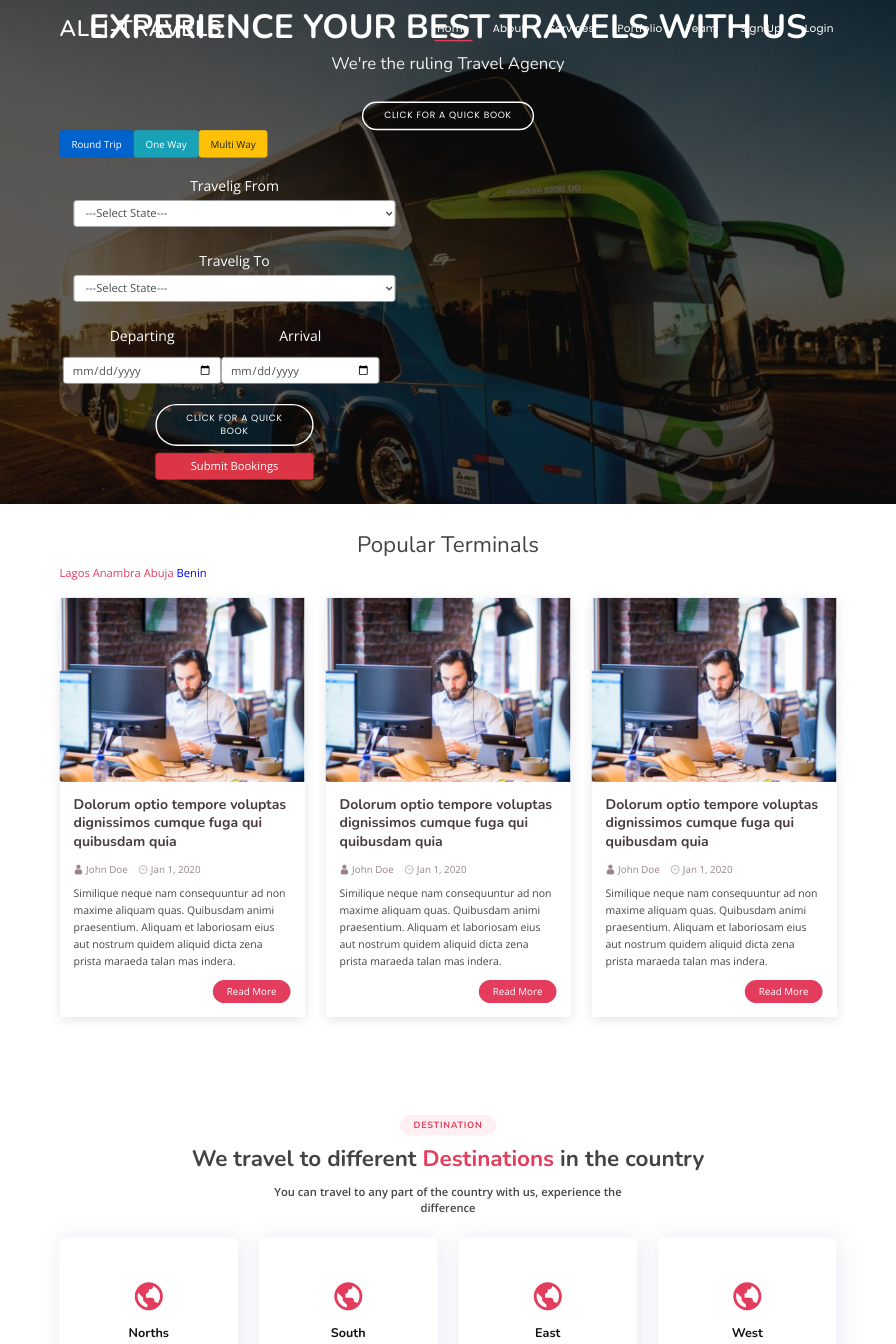
Repository: yazshrilld/Transport_Booking_system
Page: http://localhost/Transport_Project/admin/index.php
These files come from the project's save history. The page is drawn as it stood at one moment and after the next save; the edit follows.
The browser window is 1280 px wide. The pictures show the part of the page from y = 0 to 1920 px (the page is 7328 px tall), at 70% of full size.
Backgrounds fixed to the window are drawn as part of the page. The page is run by PHP 8.4 with error messages shown; the project is at /var/www/html/. The database holds what the project's SQL file puts in it.

Above is the page before, as saved 2021-01-24 02:49:41.

After the next save:
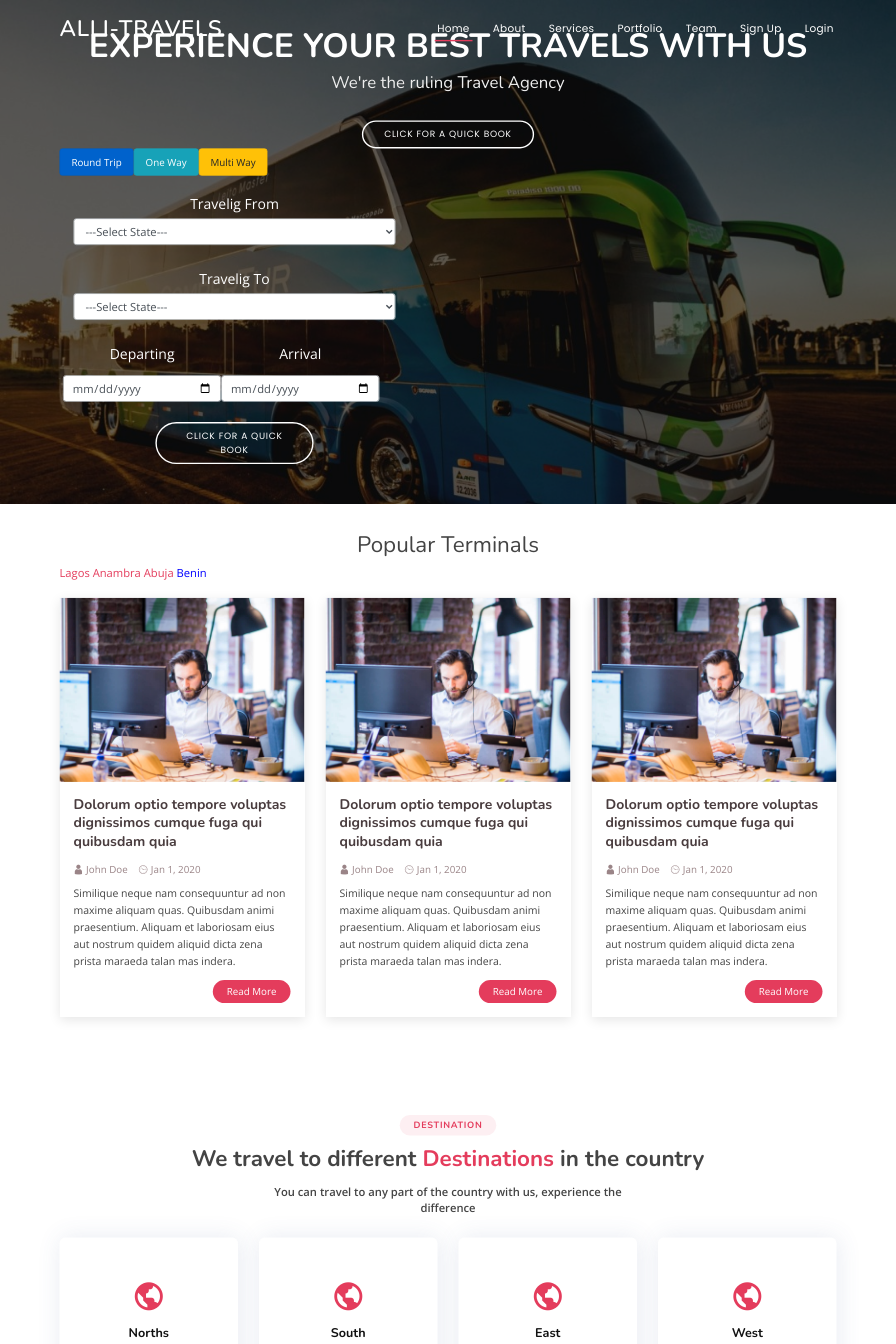
Saved 33 s later.
--- a/admin/home_check.php
+++ b/admin/home_check.php
@@ -40,7 +40,7 @@
 						<?php
 						}
 						?>
-		                <input type="submit" value="Submit Bookings" class="btn btn-danger btn-block">
+
 		            </div>
 		    </div>
 		</div>
